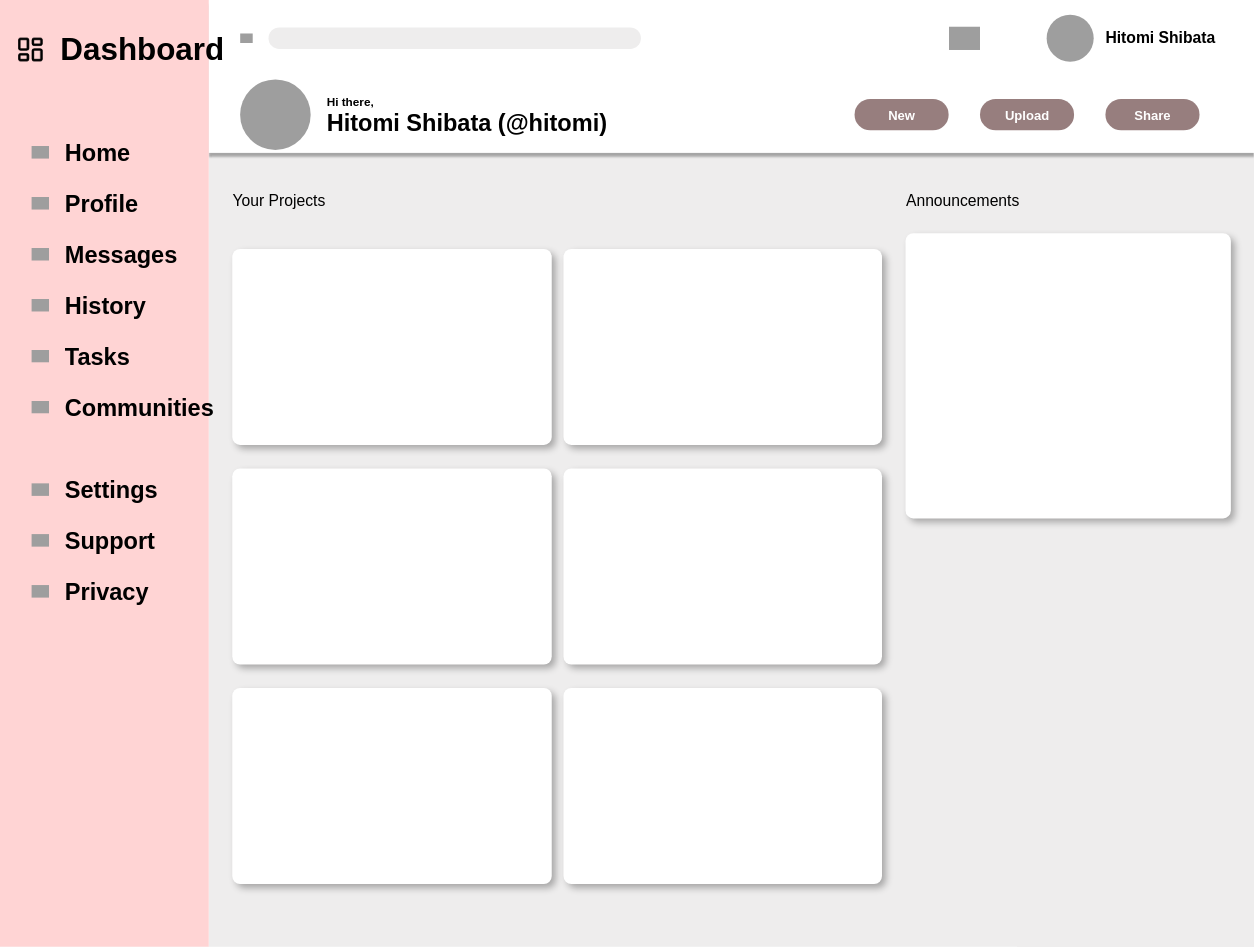
Repository: yeetzpxoci/dashboard
Page: index.html
The author's editor kept a copy of each file at every save. The page is drawn from the files as they stood at one save, then again after a run of saves.
The browser window is 1280 px wide. The pictures show the whole page, at 98% of full size.
Pictures or frames that could not be fetched are drawn as grey boxes.

Above is the page before, as saved 2023-02-19 12:17:02.

### index.html
<!DOCTYPE html>
<html lang="en">
<head>
    <meta charset="UTF-8">
    <meta http-equiv="X-UA-Compatible" content="IE=edge">
    <meta name="viewport" content="width=device-width, initial-scale=1.0">
    <link rel="stylesheet" type="text/css" href="styles.css" />
    <title>Dashboard</title>
</head>
<body>
    <div class="sidebar">
        <div class="logo">
            <img src="dashboard-layout.png">
            <p>Dashboard</p>
        </div>

        <div class="icon-container1">
            <div class="icon">
                <img src="https://cdn-icons-png.flaticon.com/512/25/25694.png">
                <p>Home</p>
            </div>

            <div class="icon">
                <img src="https://cdn-icons-png.flaticon.com/512/6522/6522516.png">
                <p>Profile</p>
            </div>

            <div class="icon">
                <img src="https://cdn-icons-png.flaticon.com/512/739/739286.png">
                <p>Messages</p>
            </div>

            <div class="icon">
                <img src="https://cdn-icons-png.flaticon.com/512/32/32223.png">
                <p>History</p>
            </div>

            <div class="icon">
                <img src="https://www.svgrepo.com/show/79174/task-list.svg">
                <p>Tasks</p>
            </div>

            <div class="icon">
                <img src="https://icons.veryicon.com/png/o/business/classic-icon/community-12.png">
                <p>Communities</p>
            </div>
        </div>

        <div class="icon-container2">
            <div class="icon">
                <img src="https://cdn-icons-png.flaticon.com/512/126/126472.png">
                <p>Settings</p>
            </div>

            <div class="icon">
                <img src="https://upload.wikimedia.org/wikipedia/commons/thumb/1/17/FAQ_icon_%28Noun_like%29.svg/1255px-FAQ_icon_%28Noun_like%29.svg.png">
                <p>Support</p>
            </div>

            <div class="icon">
                <img src="https://cdn-icons-png.flaticon.com/512/4104/4104794.png">
                <p>Privacy</p>
            </div>
        </div>
    </div>

    <div class="header">
        <div class="search">
            <img src="https://cdn-icons-png.flaticon.com/512/3917/3917754.png">
            <input class="search-bar">
        </div>

        <img class="notification_icon" src="https://cdn-icons-png.flaticon.com/512/565/565422.png">

        <div class="profile-pic">
        </div>

        <p>Hitomi Shibata</p>

        <div class="user-info">
            <div class="profile-pic">
            </div>
            <p id="losinfo">
                <span style="font-size:12px;">Hi there,</span>
                <br>
                <span style="font-size:24px;">Hitomi Shibata (@hitomi)</span>
            </p>
        </div>
        <button>New</button>
        <button>Upload</button>
        <button>Share</button>
    </div>
    <div class="main-content">
        <div class="projects">
            <p>Your Projects</p>
            <p></p>

            <div class="project">

            </div>

            <div class="project">

            </div>

            <div class="project">

            </div>

            <div class="project">

            </div>

            <div class="project">

            </div>

            <div class="project">

            </div>
        </div>
        <div class="announcements-container">
            <p>Announcements</p>
            <div class="announcements">

            </div>
        </div>
    </div>
</body>
</html>

### styles.css
html,
body {
    margin: 0;
    padding: 0;
    height: 100%;
}

body {
    min-height: 100vh;
    display: grid;
    grid-template-columns: 1fr 5fr;
    grid-template-rows: 1fr 4fr;
    font-family: Arial, Helvetica, sans-serif;
}

.sidebar {
    background-color: #FFD4D4;
    grid-column: 1 / 2;
    grid-row: 1 / 3;
    display: grid;
    grid-template-rows: 0.75fr 2fr 1fr 2fr;
    padding-left: 16px;
    gap: 32px;
    z-index: 2;
}

.icon-container1 {
    display: flex;
    flex-direction: column;
}

.icon-container2 {
    display: flex;
    flex-direction: column;
}

.logo, .icon {
    display: flex;
    align-items: center;
    font-weight: bold;
    gap: 16px;
}

.logo {
    font-size: 32px;
    align-self: baseline;
}

.icon {
    margin-top: -24px;
    font-size: 24px;
    margin-left: 16px;
}

.logo img {
    width: 15%;
}

.icon img {
    width: 10%;
}


.header {
    background-color: white;
    grid-column: 2 / 3;
    grid-row: 1 / 2;
    display: grid;
    grid-template-columns: 13fr 1fr 1fr 2fr;
    grid-template-rows: 1fr 1fr;
    padding-right: 24px;
    box-shadow: 0px 4px 2px rgb(0, 0, 0, 0.3);
    z-index: 1;
}

.search {
    display: flex;
    justify-content: flex-start;
    align-items: center;
    gap: 16px;
    margin-left: 32px;
}

.search img{
    width: 2%;
}

.search input {
    width: 60%;
    border-radius: 12px;
    border-width: 0px;
    background-color: #eeeded;
    height: 25%;
}

.notification_icon {
    width: 25%;
    align-self: center;
    justify-self: end;
}

.profile-pic {
    border-radius: 50%;
    background-image: url("https://i.pinimg.com/originals/49/c0/e8/49c0e871fbe0be71396aa94fe1d93ddc.jpg");
    background-position: center;
    background-size: cover;
    background-repeat: no-repeat;
    overflow: hidden;
}

.header > .profile-pic {
    width: 48px;
    height: 48px;
    align-self: center;
    justify-self: end;
    margin-right: 12px;
}

.user-info {
    display: flex;
    gap: 16px;
}

.user-info > .profile-pic {
    width: 72px;
    height: 72px;
    margin-left: 32px;
    align-self: center;
}

.header p {
    align-self: center;
    font-weight: bolder;
    justify-self: baseline;
}

button {
    height: 40%;
    width: 96px;
    align-self: center;
    justify-self: baseline;
    background-color: #977e7e;
    border-radius: 24px;
    border-width: 0px;
    color: white;
    margin-right: 32px;
    font-weight: bold;
}

.main-content {
    background-color: #eeeded;
    grid-column: 2 / 3;
    grid-row: 2 / 3;
    padding-left: 24px;
    padding-right: 24px;
    padding-top: 24px;
    padding-bottom: 64px;
    display: grid;
    grid-template-columns: 2fr 1fr;
    grid-template-rows: 1fr;
    gap: 24px;
}

.projects {
    width: 100%;
    display: grid;
    grid-template-columns: repeat(2, 1fr);
    grid-template-rows: 1fr 4fr 4fr 4fr;
    grid-gap: 24px 12px;
    grid-column: 1 / 2;
    grid-row: 1 / 3;
}

.project {
    background-color: white;
    border-radius: 8px;
    box-shadow: 4px 4px 8px rgb(0, 0, 0, 0.3);
}

.announcements-container {
    width: 100%;
    height: 50%;
    display: grid;
    grid-template-rows: 1fr 5fr;
    grid-row: 1 / 2;
}

.announcements {
    width: 100%;
    height: 100%;
    background-color: white;
    border-radius: 8px;
    box-shadow: 4px 4px 8px rgb(0, 0, 0, 0.3);
    display: grid;
    grid-template-rows: 1fr 1fr 1fr;
}

.trending {
    width: 100%;
    display: grid;
    grid-template-rows: 1fr 1fr 1fr;
    background-color: aqua;
    grid-row: 2 / 3;
    background-color: white;
    border-radius: 8px;
    box-shadow: 4px 4px 8px rgb(0, 0, 0, 0.3);
}

After the next 4 saves:
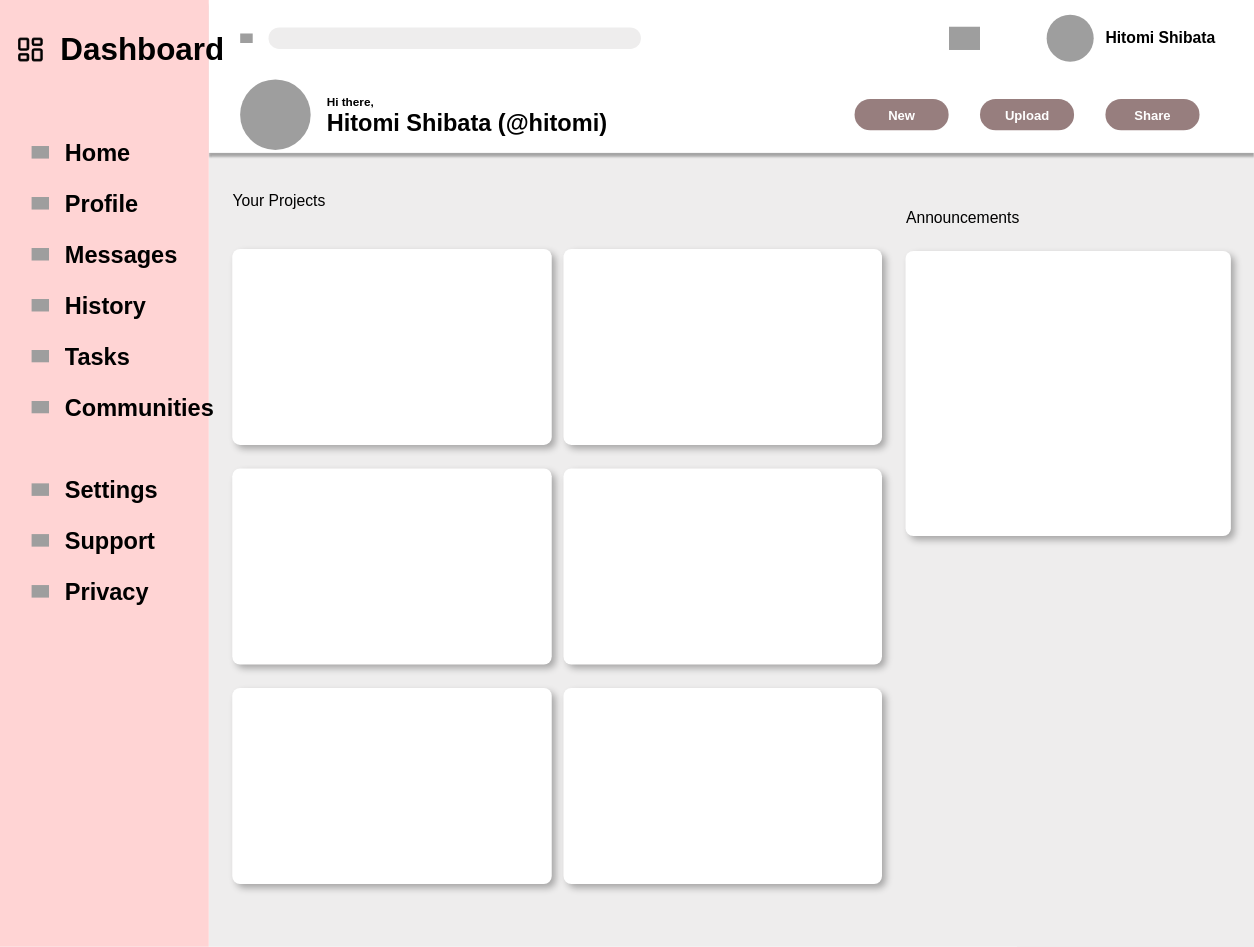
The 4 saves are shown as one change because they came seconds apart.
The last was saved 23 s later.
--- a/styles.css
+++ b/styles.css
@@ -183,6 +183,7 @@ button {
     display: grid;
     grid-template-rows: 1fr 5fr;
     grid-row: 1 / 2;
+    margin-top: 18px;
 }
 
 .announcements {
